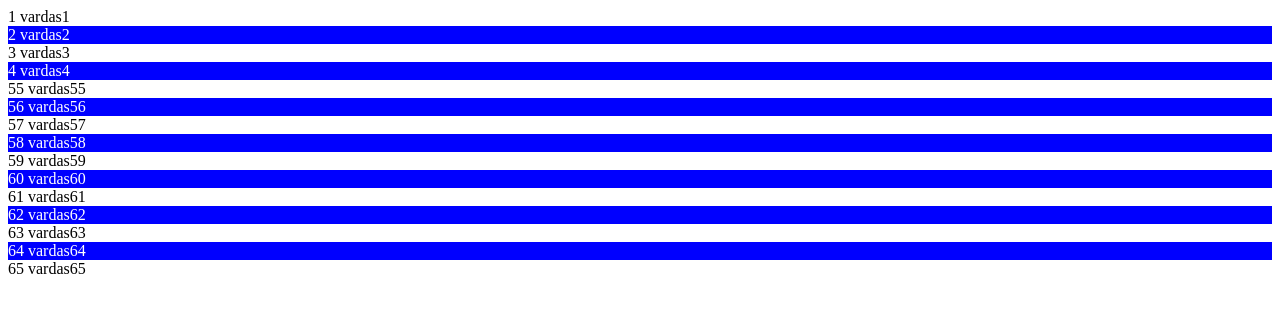
Repository: motiejus1/27-paskaita-05.31
Page: index.html
These files come from the project's save history. The page is drawn as it stood at one moment and after the next save; the edit follows.
The browser window is 1280 px wide. The pictures show the whole page.

Above is the page before, as saved 2021-07-15 19:44:26.

After the next save:
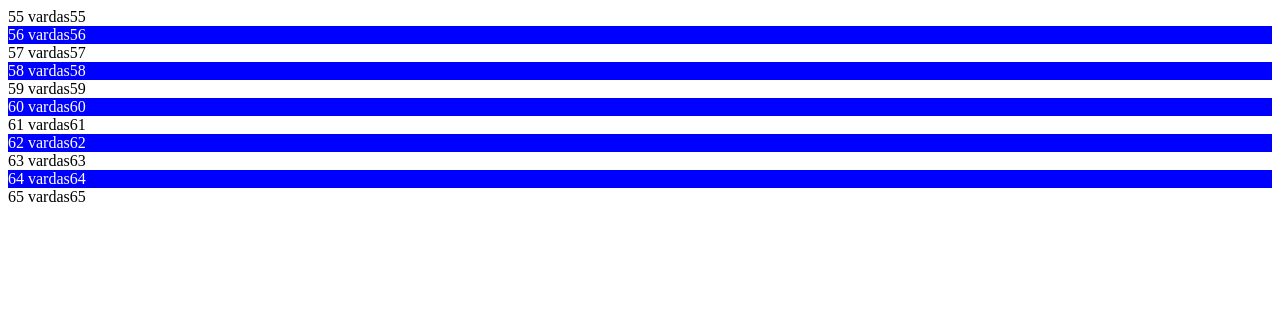
Saved 31 s later.
--- a/index.html
+++ b/index.html
@@ -14,10 +14,6 @@
 </head>
 <body>
     <div class="container">
-        <div>1 vardas1 </div>
-        <div class="melynas">2 vardas2 </div>
-        <div>3 vardas3 </div>
-        <div class="melynas">4 vardas4 </div>
     </div>
     <script>
         "use strict";
